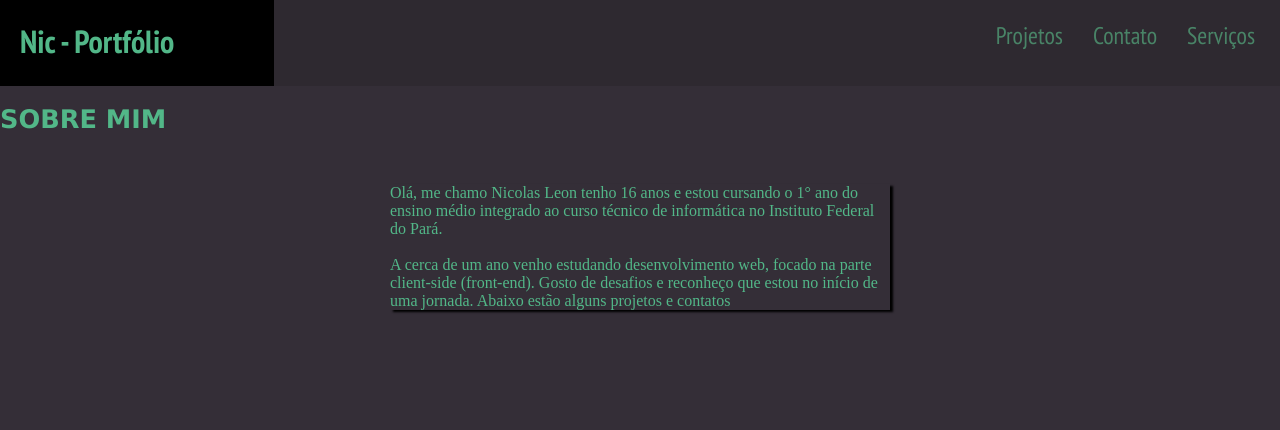
Repository: Leonngc/portfolio
Page: index.html
The author's editor kept a copy of each file at every save. The page is drawn from the files as they stood at one save, then again after the next save.
The browser window is 1280 px wide. The pictures show the whole page.

Above is the page before, as saved 2022-12-02 11:15:04.

### index.html
<!DOCTYPE html>
<html lang="en">

<head>
    <meta charset="UTF-8">
    <meta http-equiv="X-UA-Compatible" content="IE=edge">
    <meta name="viewport" content="width=device-width, initial-scale=1.0">
    <meta name="keywords" content="portfolio, web, dev, website, desenvolvedor">
    <meta name="description" content="Meu portfolio de desenvolvedor web">
    <title>Nic Portfólio</title>
    <link rel="stylesheet" href="home.css">
</head>

<body>
    <header>
        <h1>Nic - Portfólio</h1>
        <nav class="menu">
            <ul>
                <li><a href="">Projetos</a></li>
                <li><a href="">Contato</a></li>
                <li><a href="">Serviços</a></li>
            </ul>
        </nav>
    </header>
    <section>
        <span>
            <img src="" alt="">
        </span>
    </section>

    <section>
        <h2>Sobre mim</h2>
        <div class="text">
            <p>Olá, me chamo Nicolas Leon tenho 16 anos e estou cursando o 1° ano do ensino médio integrado ao curso técnico de informática no Instituto Federal do Pará. <br> <br>
            A cerca de um ano venho estudando desenvolvimento web, focado na parte client-side (front-end). Gosto de desafios e reconheço que estou no início de uma jornada. Abaixo estão alguns projetos e contatos</p>
        </div>
    </section>


</body>

</html>

### home.css
@import url('https://fonts.googleapis.com/css2?family=PT+Sans+Narrow:wght@400;700&display=swap');

@import url('https://fonts.googleapis.com/css2?family=Ubuntu+Condensed&display=swap');

:root{
    --background:#342E37;
    --letters: #52B788;
    --font-texts: font-family: 'Ubuntu Condensed', sans-serif;
}
*{
    margin: 0;
    padding: 0;
}
body{
    background-color: var(--background);
    color: var(--letters);
}

header{
    display: flex;
    flex-wrap: wrap;
    justify-content: space-between;
    background-color: #2e2930;
    height: 12vh;
}

header > h1{
    font-family:'PT Sans Narrow', sans-serif;
    margin-left: 0px;
    padding: 20px;
    padding-right: 100px;
    background-color: black;
}

 ul {
    display: flex;
    flex-wrap: wrap;
}

ul > li{
    list-style: none;
    margin: 10px;
}

li > a{
    text-decoration: none;
    color: var(--letters);
    font-family: 'PT Sans Narrow', sans-serif;
    font-size: 1.5em;
    color: #498467;
    padding: 5px;
}

.menu{
    margin-top: 10px;
    margin-right: 10px;
}

li > a:hover{
    text-decoration: underline;
    color: #498480;
}

div.text{
    margin: 0px auto;
    margin-top: 50px;
    width: 500px;
    box-shadow: 3px 2px 2px black;
}

section > h2{
    font-family: verdana, sans-serif;
    font-size: 1.6em;
    text-transform: uppercase;
}

section > p{
    border-radius: 10px;
    padding: 30px;
    background-color: #131213;
    color: #f2f7f7;
    font-family: Arial, Helvetica, sans-serif;
    letter-spacing: .8px;
    text-align: left;
    text-indent: 15px;

}

@media  (max-width: 600px) {
    header > h1{
        padding: 15px;
        font-size: 1.6em;
    }
    li > a{
        font-size: 1.2em;
    }
    section{
        width: 320px;
    }
}

After the next save:
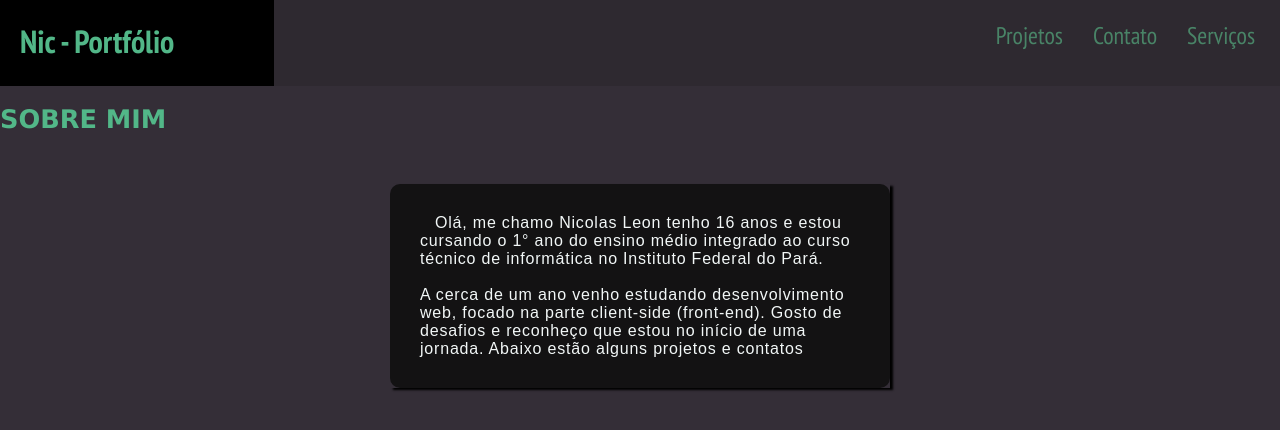
Saved 8 s later.
--- a/home.css
+++ b/home.css
@@ -74,7 +74,7 @@
     text-transform: uppercase;
 }
 
-section > p{
+div > p{
     border-radius: 10px;
     padding: 30px;
     background-color: #131213;
